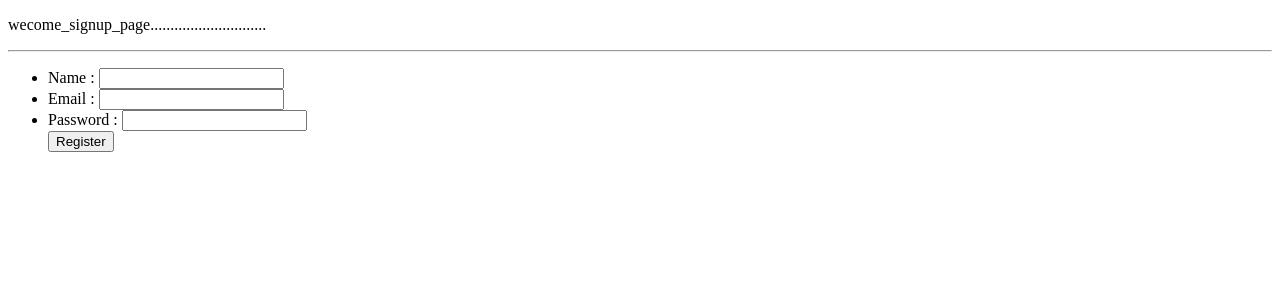
Repository: 20120090/Go_SW
Page: http://localhost/SocialNetwork/jsp/register.jsp
An editor plug-in stored every save of this project. The page is shown before and after the next save, followed by the edit.
The browser window is 1280 px wide. The pictures show the whole page.
The page is served by Tomcat 9.

Above is the page before, as saved 2015-03-09 16:46:17.

After the next save:
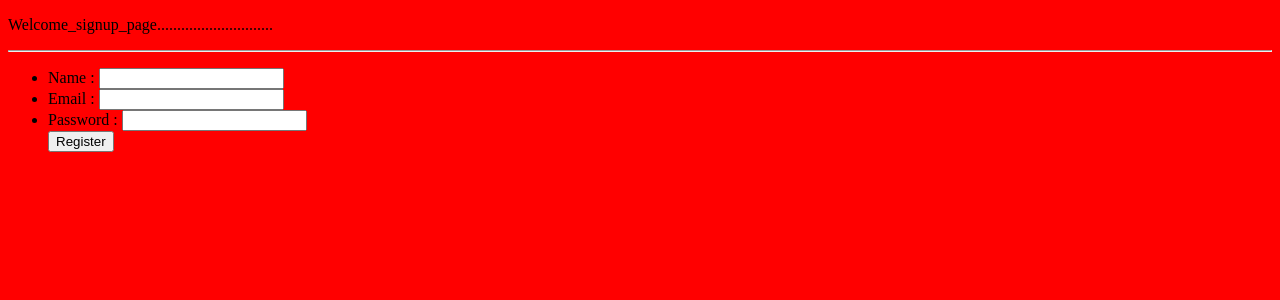
Saved 2 min 25 s later.
--- a/SocialNetwork/war/jsp/register.jsp
+++ b/SocialNetwork/war/jsp/register.jsp
@@ -5,8 +5,8 @@
 <head>
   <title>Welcome!</title>
 </head>
-<body>
-<p>  wecome_signup_page............................. </p><hr/>
+<body style="background:red">
+<p>  Welcome_signup_page............................. </p><hr/>
     <ul>
   <form action="/social/response" method="post">
  <li>  Name : <input type="text" name="uname" /> <br></li>
